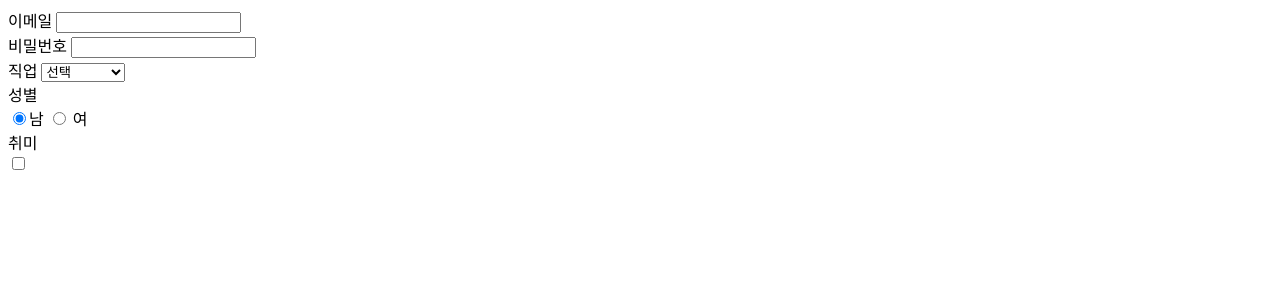
Repository: hyunhee7/web_work
Page: Step05_JavaServerPage/WebContent/test12.html
These files come from the project's save history. The page is drawn as it stood at one moment and after the next save; the edit follows.
The browser window is 1280 px wide. The pictures show the whole page.

Above is the page before, as saved 2017-06-23 01:52:54.

After the next save:
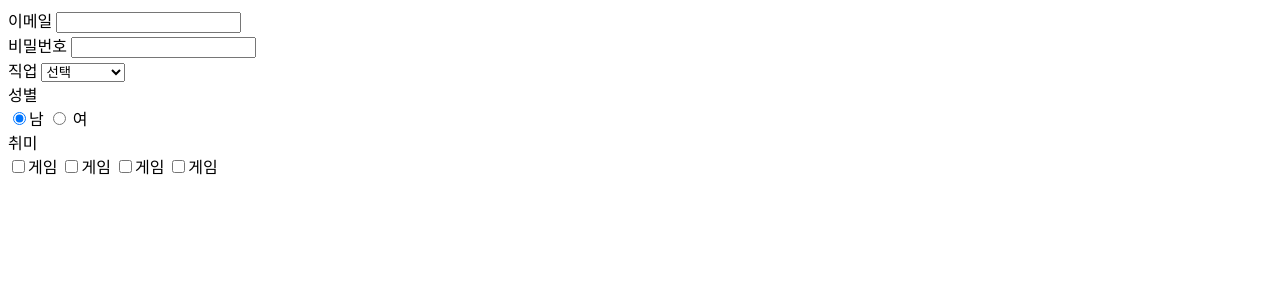
Saved 20 s later.
--- a/Step05_JavaServerPage/WebContent/test12.html
+++ b/Step05_JavaServerPage/WebContent/test12.html
@@ -29,7 +29,16 @@
 		취미
 		<br />
 		<label>
-			<input type="checkbox" name="hobby" value="game" />
+			<input type="checkbox" name="hobby" value="game" />게임
+		</label>
+		<label>
+			<input type="checkbox" name="hobby" value="movie" />게임
+		</label>
+		<label>
+			<input type="checkbox" name="hobby" value="game" />게임
+		</label>
+		<label>
+			<input type="checkbox" name="hobby" value="game" />게임
 		</label>
 	</form>
 </body>
